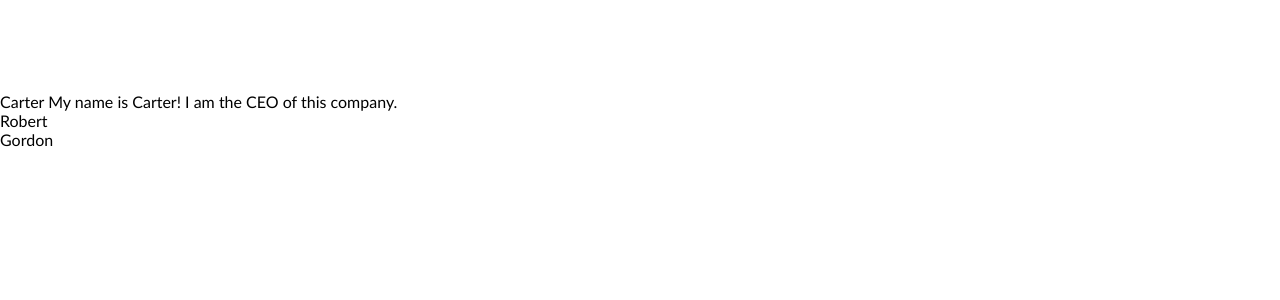
Repository: cartervandekamp/class03-styled-2109
Page: /about
These files come from the project's save history. The page is drawn as it stood at one moment and after the next save; the edit follows.
The browser window is 1280 px wide. The pictures show the whole page.
The project was rebuilt for these pictures with package versions that can differ from the ones it lists, and the page was loaded fresh each time. The framework's server and built-in components were replaced by stand-ins that run in the browser. Also part of the build but not shown: next.config.js.

Above is the page before, as saved 2023-01-24 17:10:18.

### pages/about.js

import styles from "../styles/About.module.css";
import { useState } from "react";
import data from "../data/ourTeam.json";
import Text from "../components/Text/index";
import Link from "next/link";


export default function About() {
    const [information, setInformation] = useState([...data]);


        return (

    <div className={styles.main}>
            <div className={styles.title}>
        <>About Our Team</>
        </div>
        <div className={styles.name}>
        {information &&
          information.map((info, index) => {
            if (info.role.toLowerCase() === "team member") {
              return <Text key={index} name={info.name} />;
            }
          })}
        </div>
    </div>
    )
}

### styles/globals.css
html,
body {
  padding: 0;
  margin: 0;
  font-family: 'Gill Sans', 'Gill Sans MT', Calibri, 'Trebuchet MS', sans-serif;
}

a {
  color: inherit;
  text-decoration: none;
}

* {
  box-sizing: border-box;
}

@media (prefers-color-scheme: dark) {
  html {
    color-scheme: dark;
  }
  body {
    color: white;
    background: rgb(246, 141, 141);
  }
}

### styles/About.module.css
.title {
    color: #ffffff;
    text-align: center;
    font-style: oblique;
    font-weight: bolder;
    font-size: 60px;
    margin-top: 20px;
}

### data/ourTeam.json
[
    {
        "name": "Carter My name is Carter! I am the CEO of this company.",
        "role": "Team Member"
    },

    {
        "name": "Robert",
        "role": "Team Member",
        "about": "My name is Robert! I am the Head of Business at this company."
    },

    {
        "name": "Gordon",
        "role": "Team Member",
        "about": "My name is Gordon! I am the Head of Computing at this company."
    }
]

### components/Text/index.js
import styles from "./Text.module.css";

export default function Text ({ name = "none" }) {
    return (
        <div className={styles.main}>
          <div className={styles.data}>{name}</div>
        </div>
      );
    }

Loaded but not shown: pages/_app.js (common file); components/Text/Text.module.css (no stored copy; drawn as an empty file)

After the next save:
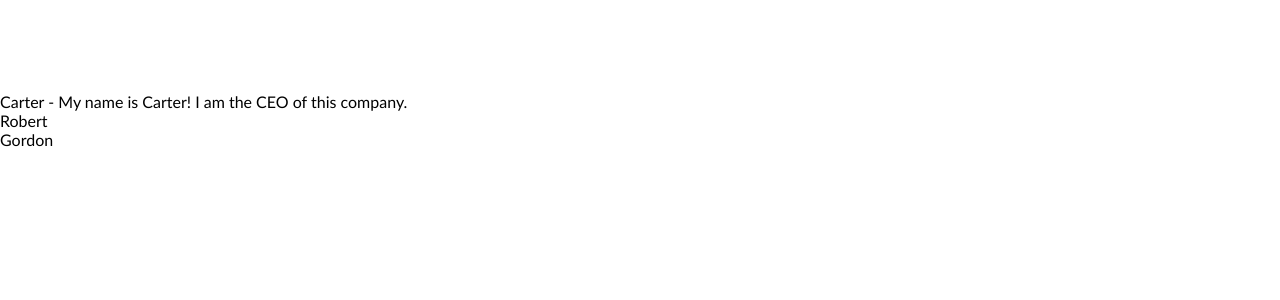
Saved 23 s later.
--- a/data/ourTeam.json
+++ b/data/ourTeam.json
@@ -1,6 +1,6 @@
 [
     {
-        "name": "Carter My name is Carter! I am the CEO of this company.",
+        "name": "Carter - My name is Carter! I am the CEO of this company.",
         "role": "Team Member"
     },
 
